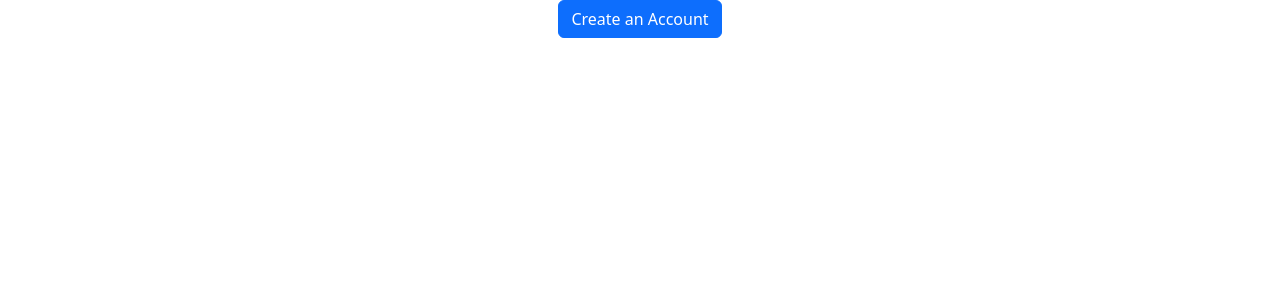
Repository: Ndifoinhilary/django_referrals_system
Page: http://localhost/
An editor plug-in stored every save of this project. The page is shown before and after the next save, followed by the edit.
The browser window is 1280 px wide. The pictures show the whole page.
The page is served by the project's application, run on Django 3.2 (manage.py). Queries for data that is not in the repository find no rows.

Above is the page before, as saved 2024-01-09 23:52:39.

After the next save:
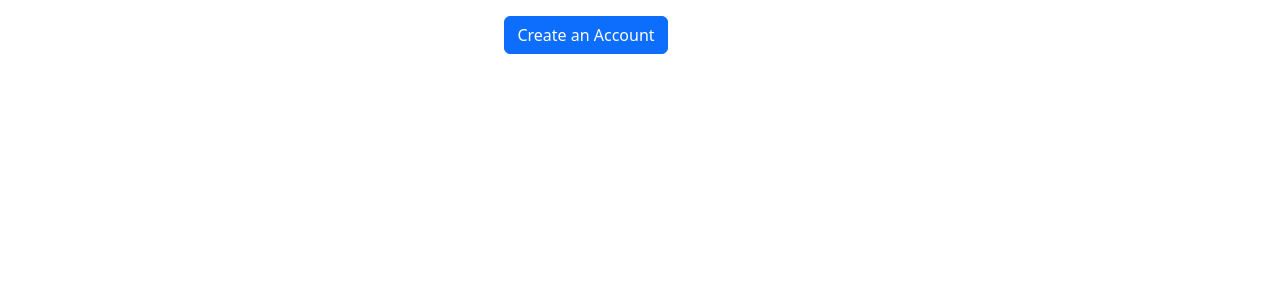
Saved 18 s later.
--- a/referrals/templates/main.html
+++ b/referrals/templates/main.html
@@ -3,7 +3,7 @@
 
 
 {% block content %}
-<div class="container text-center m-50">
+<div class="container text-center m-3">
     {% if request.user.is_authenticated %}
     {{user.username}}
     {% else %}
